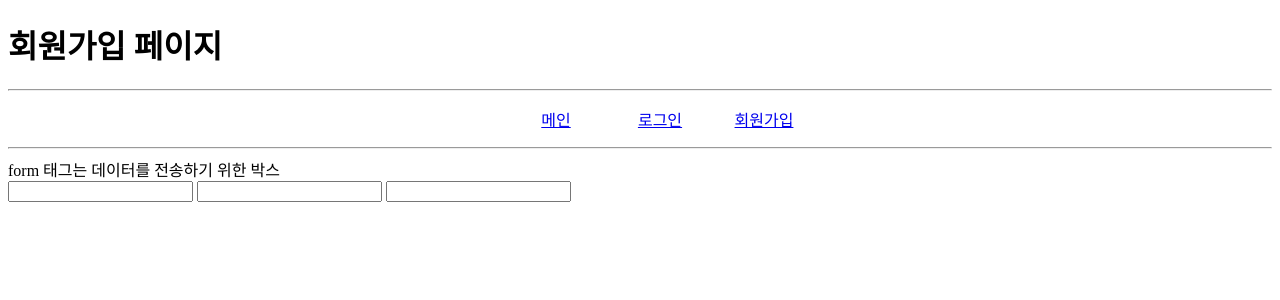
Repository: codingspecialist/jsp-weekend
Page: http://localhost/cos/join.jsp
The author's editor kept a copy of each file at every save. The page is drawn from the files as they stood at one save, then again after the next save.
The browser window is 1280 px wide. The pictures show the whole page.
The page is served by Tomcat 9.

Above is the page before, as saved 2020-08-22 02:47:40.

After the next save:
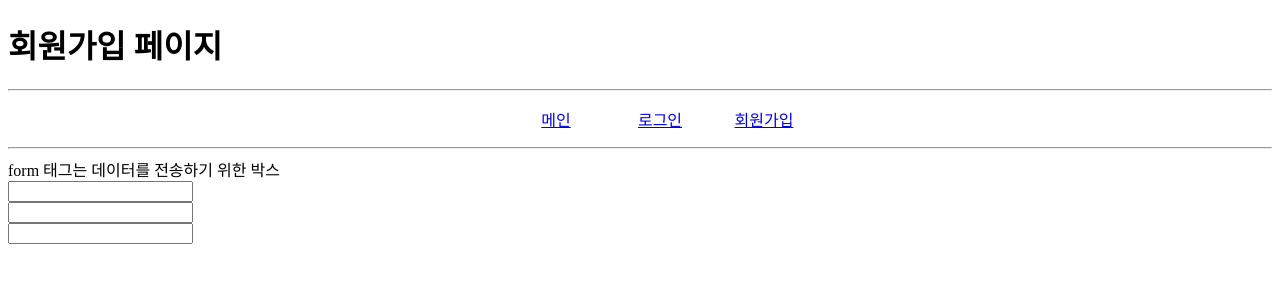
Saved 71 s later.
--- a/cos/WebContent/join.jsp
+++ b/cos/WebContent/join.jsp
@@ -27,8 +27,8 @@
 <hr/>
 form 태그는 데이터를 전송하기 위한 박스
 <form>
-	<input type="text" name="username" />
-	<input type="password" name="password" />
+	<input type="text" name="username" /> <br/>
+	<input type="password" name="password" /> <br/>
 	<input type="email" name="email" />
 </form>
 
